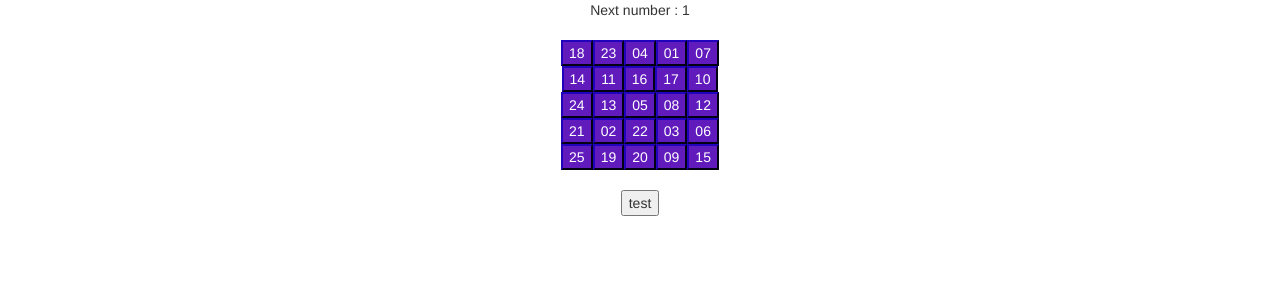
Repository: mikelily/lab
Page: oneTo25/game.2.html
The author's editor kept a record of every edit. The page is drawn from the files as they stood at one moment, then again after the next edit.
The browser window is 1280 px wide. The pictures show the whole page.

Above is the page before.
Not found: oneTo25/css/stopwatch.css

### oneTo25/game.2.html
<!DOCTYPE html>
<html>
    <head>
        <meta charset="UTF-8">
        <title>1 - 25</title>

        <meta name="viewport" content="width=device-width, initial-scale=1">
        <link href="css/bootstrap.min.css" rel="stylesheet">
        <link href="css/bootstrap-button.css" rel="stylesheet">
        <link rel="stylesheet" href="css/stopwatch.css">

        <link href="css/style_ok.css" rel="stylesheet">
        <script type="text/javascript" src="js/jquery.js"></script>
        <script type="text/javascript" src="js/stopwatch.js"></script>
        <script>

            var oneTo25 = [];
            // var oneTo25Random = [];
            for (var i=0;i<25;i++){
                if(i<9){
                    oneTo25[i] = "0"+(i+1);
                }else
                    oneTo25[i] = i+1;
            }

            $(document).ready(function () {
                placeBtn();
            });

            $(".num25").each(function (key, obj) {
                $(obj).data("num25", oneTo25[key]);
            })

            function placeBtn(){
                $("#nextN").text(nextNum);
                var html = "";
                var brNow = 0;
                random25();
                for (i = 0 ; i < 25 ; i++){
                    if(brNow==5){
                        html += "<br>";
                        brNow =0;
                    }
                    html += '<button type="button" name="btn'+oneTo25[i]+'" id="btn'+
                    oneTo25[i]+'"class="num25 btn-num" data-num25="btn'+oneTo25[i]+
                    '" onclick="btnClick('+oneTo25[i]+')">'+oneTo25[i]+' </button>';
                    brNow++;
                }
                $("#container").html(html);

            }
        </script>
    </head>
    <body>
        <center>
            <!--<div> -->
            <!--    <text>Timer : </text>-->
            <!--    <text id="timerS"></text><br>-->
            <!--</div>-->

            <!--<canvas id="canvas" width=300 height=300></canvas>-->
            <div>
                <text>Next number : </text>
                <text id="nextN"></text>
            </div>
            <br>
            <div id="container"></div><br>
            <div>
                <button onclick="btnTest()">test</button>
            </div>
            <script>
            var timer;
            var output;

            function btnTest(){
                //placeBtn();   //new game


            }

            var nextNum = 1;
            var rightNum = -1;

            function btnClick(i){
                console.log(i);
                if(nextNum == i){
                    nextNum++;  //if nextNum == 26 -> End Game
                    if (nextNum == 26){
                        nextNum = 1;
                        //endGame
                    }


                    $("#nextN").text(nextNum);

                    if(i<10){
                        $("#btn0"+i).prop('disabled', true);
                        $("#btn0"+i).removeClass("btn-num");
                        $("#btn0"+i).addClass("btn-numC");
                    }else{
                        $("#btn"+i).prop('disabled', true);
                        $("#btn"+i).removeClass("btn-num");
                        $("#btn"+i).addClass("btn-numC");
                    }
                }


                //console.log(i);
            }

            function random25(){
                for(var i=0;i<50;i++){  //打亂50次
                    var twoNum = getRandomArray(0,24,2);
                    var j = twoNum[0];
                    var k = twoNum[1];
                    var temp = "";
                    temp = oneTo25[j];
                    oneTo25[j] = oneTo25[k];
                    oneTo25[k] = temp;
                    //console.log("第"+(i+1)+"次：change "+j+" , "+k);

                }
            }

            // =========Timer Code 1=========
            // var canvas=document.getElementById("canvas");
            // var ctx=canvas.getContext("2d");
            // var cw=canvas.width;
            // var ch=canvas.height;


            // var timers=[];
            // timers.push({delay:50,nextFireTime:0,doFunction:doTimers,counter:0});
            // timers.push({delay:1000,nextFireTime:0,doFunction:doTimers,counter:0});
            // timers.push({delay:5000,nextFireTime:0,doFunction:doTimers,counter:0});

            // requestAnimationFrame(timerLoop);

            // function timerLoop(currentTime){
            //   requestAnimationFrame(timerLoop);

            //   for(var i=0;i<timers.length;i++){
            //     if(currentTime>timers[i].nextFireTime){
            //       var t=timers[i];
            //       t.nextFireTime=currentTime+t.delay;
            //       t.doFunction(t,i);
            //     }
            //   }

            // }

            // function doTimers(t,i){
            //   ctx.clearRect(0,100+i*20-20,cw,20);
            //   ctx.fillText('Timer#'+i+' with '+t.delay+'ms delay has fired '+(++t.counter)+' times.',20,100+20*i);
            // }
            // =========Timer Code 1=========


            function getRandom(minNum, maxNum) {	//取得 minNum(最小值) ~ maxNum(最大值) 之間的亂數
            	return Math.floor( Math.random() * (maxNum - minNum + 1) ) + minNum;
            }

            function getRandomArray(minNum, maxNum, n) {	//隨機產生不重覆的n個數字
            	var rdmArray = [n];		//儲存產生的陣列

            	for(var i=0; i<n; i++) {
            		var rdm = 0;		//暫存的亂數

            		do {
            			var exist = false;			//此亂數是否已存在
            			rdm = getRandom(minNum, maxNum);	//取得亂數

            			//檢查亂數是否存在於陣列中，若存在則繼續回圈
            			if(rdmArray.indexOf(rdm) != -1) exist = true;

            		} while (exist);	//產生沒出現過的亂數時離開迴圈

            		rdmArray[i] = rdm;
            	}
            	return rdmArray;
            }
            </script>
        </center>
    </body>
</html>

### oneTo25/css/bootstrap-button.css
.btn-num {
  color: #ffffff;
  background-color: #611BBD;
  border-color: #130269;
  /*size: 20;*/
}

.btn-num:hover,
.btn-num:focus,
.btn-num:active,
.btn-num.active,
.open .dropdown-toggle.btn-num {
  color: #ffffff;
  background-color: #49247A;
  border-color: #130269;
}

.btn-num:active,
.btn-num.active,
.open .dropdown-toggle.btn-num {
  background-image: none;
}

.btn-num.disabled,
.btn-num[disabled],
fieldset[disabled] .btn-num,
.btn-num.disabled:hover,
.btn-num[disabled]:hover,
fieldset[disabled] .btn-num:hover,
.btn-num.disabled:focus,
.btn-num[disabled]:focus,
fieldset[disabled] .btn-num:focus,
.btn-num.disabled:active,
.btn-num[disabled]:active,
fieldset[disabled] .btn-num:active,
.btn-num.disabled.active,
.btn-num[disabled].active,
fieldset[disabled] .btn-num.active {
  background-color: #611BBD;
  border-color: #130269;
}

.btn-num .badge {
  color: #611BBD;
  background-color: #ffffff;
}

/*=============================*/

.btn-numC {
  color: #ffffff;
  background-color: #E8E1F2;
  border-color: #F3F2FA;
}

.btn-numC:hover,
.btn-numC:focus,
.btn-numC:active,
.btn-numC.active,
.open .dropdown-toggle.btn-numC {
  color: #ffffff;
  background-color: #F0EAF7;
  border-color: #F3F2FA;
}

.btn-numC:active,
.btn-numC.active,
.open .dropdown-toggle.btn-numC {
  background-image: none;
}

.btn-numC.disabled,
.btn-numC[disabled],
fieldset[disabled] .btn-numC,
.btn-numC.disabled:hover,
.btn-numC[disabled]:hover,
fieldset[disabled] .btn-numC:hover,
.btn-numC.disabled:focus,
.btn-numC[disabled]:focus,
fieldset[disabled] .btn-numC:focus,
.btn-numC.disabled:active,
.btn-numC[disabled]:active,
fieldset[disabled] .btn-numC:active,
.btn-numC.disabled.active,
.btn-numC[disabled].active,
fieldset[disabled] .btn-numC.active {
  background-color: #E8E1F2;
  border-color: #F3F2FA;
}

.btn-numC .badge {
  color: #E8E1F2;
  background-color: #ffffff;
}

### oneTo25/css/style_ok.css
/* Base styles (regardless of theme) */
.bs-callout {
    margin: 20px 0;
    padding: 15px 30px 15px 15px;
    border-left: 5px solid #eee;
}

.bs-callout h4 {
    margin-top: 0;
}

.bs-callout p:last-child {
    margin-bottom: 0;
}

.bs-callout code,
.bs-callout .highlight {
    background-color: #fff;
}

/* Themes for different contexts */
.bs-callout-danger {
    background-color: #fcf2f2;
    border-color: #dFb5b4;
}

.bs-callout-warning {
    background-color: #fefbed;
    border-color: #f1e7bc;
}

.bs-callout-info {
    background-color: #f0f7fd;
    border-color: #d0e3f0;
}

.bs-callout-danger h4,
.bs-callout-danger a.alert-link {
    color: #B94A48;
}

.bs-callout-warning h4,
.bs-callout-warning a.alert-link {
    color: #C09853;
}

.bs-callout-info h4,
.bs-callout-info a.alert-link {
    color: #3A87AD;
}

.bs-callout a.alert-link {
    font-weight: bold;
}

### oneTo25/js/stopwatch.js
var ss = document.getElementsByClassName('stopwatch');

[].forEach.call(ss, function (s) {
    var currentTimer = 0,
        interval = 0,
        lastUpdateTime = new Date().getTime(),
        start = s.querySelector('button.start'),
        stop = s.querySelector('button.stop'),
        reset = s.querySelector('button.reset'),
        mins = s.querySelector('span.minutes'),
        secs = s.querySelector('span.seconds'),
        cents = s.querySelector('span.centiseconds');
// mikelily Add
// $("#btn25").click(stopTimer());
var endBtn = document.getElementById("btn25");
endBtn.onclick = "endGame()";
function endGame() {
    stopTimer();
}

    start.addEventListener('click', startTimer);
    stop.addEventListener('click', stopTimer);
    reset.addEventListener('click', resetTimer);

    function pad (n) {
        return ('00' + n).substr(-2);
    }

    function update () {
        var now = new Date().getTime(),
            dt = now - lastUpdateTime;

        currentTimer += dt;

        var time = new Date(currentTimer);

        mins.innerHTML = pad(time.getMinutes());
        secs.innerHTML = pad(time.getSeconds());
        cents.innerHTML = pad(Math.floor(time.getMilliseconds() / 10));

        lastUpdateTime = now;
    }

    function startTimer () {
        if (!interval) {
            lastUpdateTime = new Date().getTime();
            interval = setInterval(update, 1);
        }
    }

    function stopTimer () {
        clearInterval(interval);
        interval = 0;
    }

    function resetTimer () {
        stopTimer();

        currentTimer = 0;

        mins.innerHTML = secs.innerHTML = cents.innerHTML = pad(0);
    }
});

Loaded but not shown: oneTo25/css/bootstrap.min.css (library); oneTo25/js/jquery.js (library)

After the next edit:
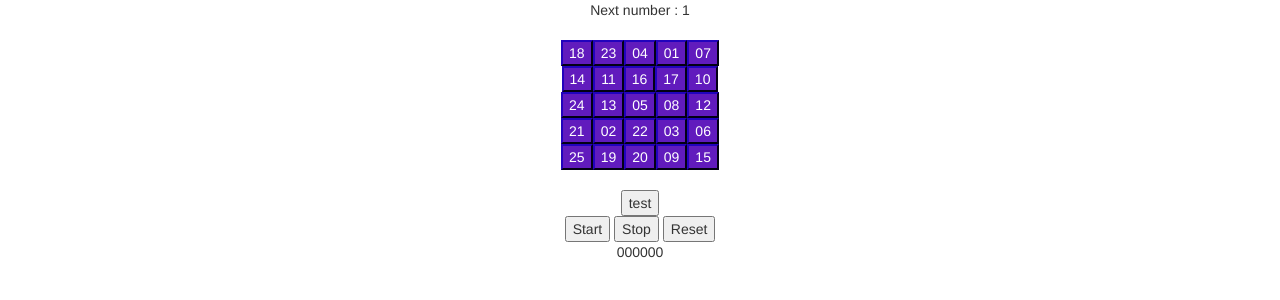
The edit:
--- a/oneTo25/game.2.html
+++ b/oneTo25/game.2.html
@@ -67,6 +67,16 @@
             <div id="container"></div><br>
             <div>
                 <button onclick="btnTest()">test</button>
+            </div>
+            <div class="stopwatch">
+                <div class="controls">
+                    <button class="start">Start</button>
+                    <button class="stop">Stop</button>
+                    <button class="reset">Reset</button>
+                </div>
+                <div class="display">
+                    <span class="minutes">00</span><span class="seconds">00</span><span class="centiseconds">00</span>
+                </div>
             </div>
             <script>
             var timer;
